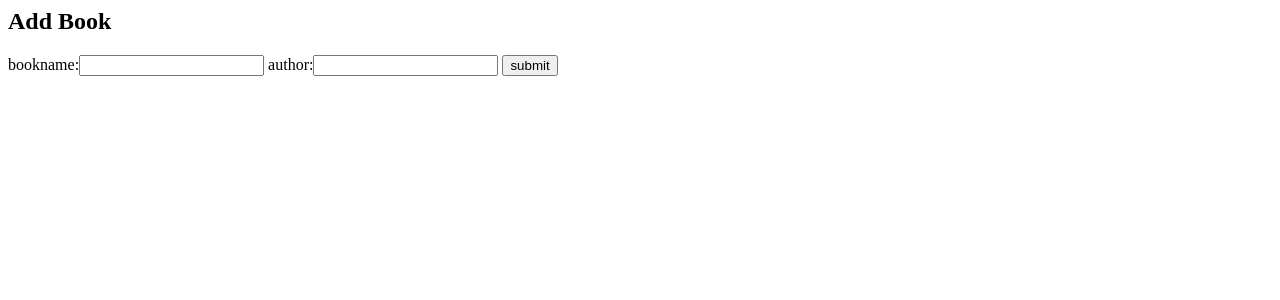
Repository: figo645/NewGenerationOA
Page: http://localhost/mavenweb/users/search.jsp
The author's editor kept a copy of each file at every save. The page is drawn from the files as they stood at one save, then again after the next save.
The browser window is 1280 px wide. The pictures show the whole page.
The page is served by Tomcat 9. Nobody is signed in. The application's start-up code is not run. Other server files are loaded and not shown.

Above is the page before, as saved 2015-09-22 04:49:01.

### 3.implementtation/prototype_ws/mavenweb/src/main/webapp/users/search.jsp
<html>
<body>
	<h2>Add Book</h2>
	<form method="post"
		action="<%=request.getContextPath()%>/book/update">
		bookname:<input type="text" name="name" id="name"> author:<input
			type="text" name="author" id="author"> <input type="submit"
			value="submit">
	</form>
</body>
</html>

After the next save:
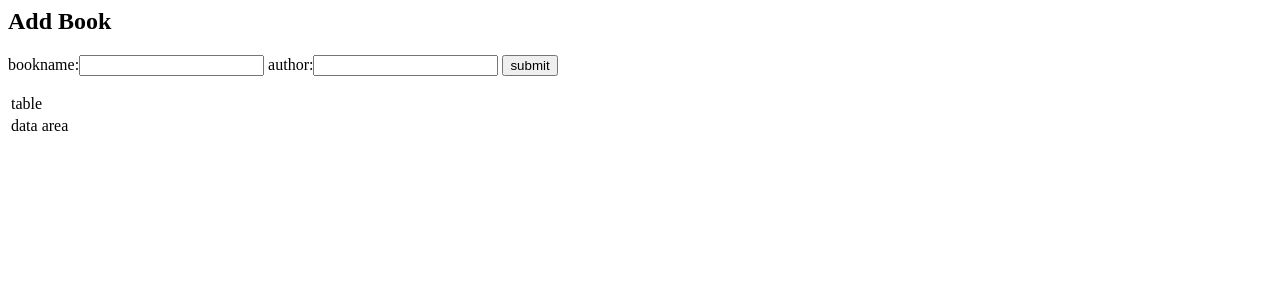
Saved 112 min 31 s later.
--- a/3.implementtation/prototype_ws/mavenweb/src/main/webapp/users/search.jsp
+++ b/3.implementtation/prototype_ws/mavenweb/src/main/webapp/users/search.jsp
@@ -7,5 +7,17 @@
 			type="text" name="author" id="author"> <input type="submit"
 			value="submit">
 	</form>
+
+	<span>
+	<table>
+		<tr>
+			<td>table</td>
+		</tr>
+		<tr>
+			<td>data area</td>
+		</tr>
+	</table>
+
+	</span>
 </body>
 </html>
